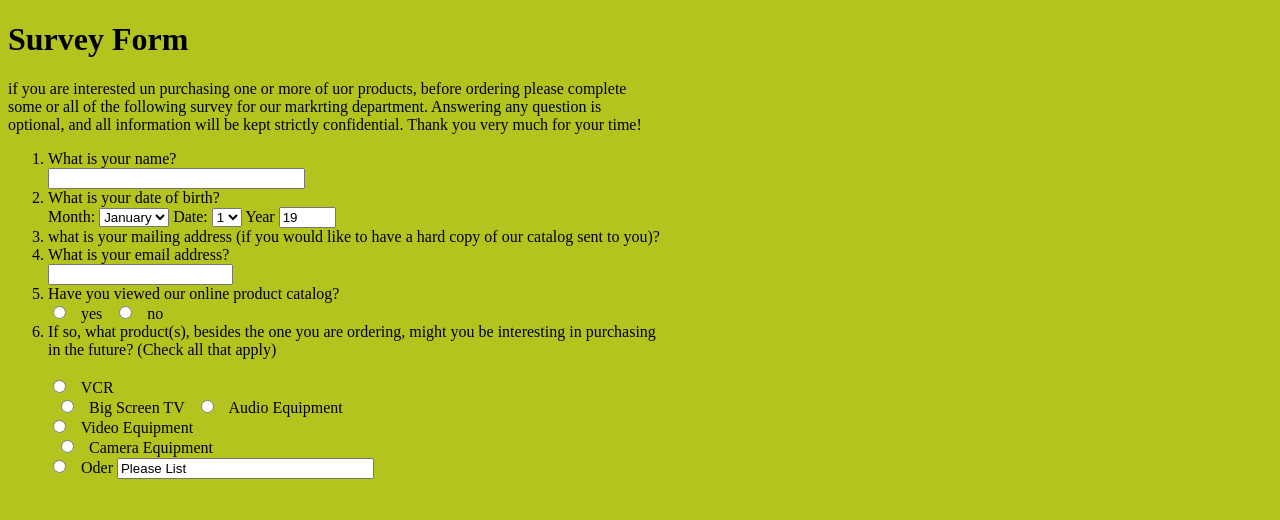
Repository: PhamChiXuan1/HTCNW_tuan3_DHCNTT16C_PhamChiXuan_20030131
Page: bt17.html
These files come from the project's save history. The page is drawn as it stood at one moment and after the next save; the edit follows.
The browser window is 1280 px wide. The pictures show the whole page.

Above is the page before, as saved 2022-02-27 22:47:19.

### bt17.html
<!DOCTYPE html>
<html lang="en">
<head>
    <meta charset="UTF-8">
    <meta http-equiv="X-UA-Compatible" content="IE=edge">
    <meta name="viewport" content="width=device-width, initial-scale=1.0">
    <title>Document</title>
</head>
<body style="background-color: rgb(179, 196, 31);">
    <H1>Survey Form</H1>
    <P>if you are interested un purchasing one or more of uor products, before ordering please complete <br>some or all of the following survey for our markrting department. Answering any question is <br>optional, and all information will be kept strictly confidential. Thank you very much for your time!</P>
    <ol type="1">

        <li>What is your name?</li>
            <input type="text" id="" name="19" size="29" >

        <li>What is your date of birth?</li>
        <form>
            <label for="cars">Month:</label>
            <select id="cars" name="cars">
                <option value="January">January</option>
            </select>
            <label for="cars">Date:</label>
            <select id="cars" name="cars">
                <option value="1">1</option>
            </select>
            <label for="cars">Year</label>
            <input type="text" id="" name="" size="4" value="19">

            <li>what is your mailing address (if you would like to have a hard copy of our catalog sent to you)?</li>

            <li>What is your email address?</li>
            <form>
                <input type="text" id="fname" name="fname" value=""><br>
            </form>

            <li>Have you viewed our online product catalog?</li>
            <input type="radio" id="" name="" value="">
                <label for="yes">yes</label>
            <input type="radio" id="" name="" value="">
                <label for="no">no</label><br>

            <li>If so, what product(s), besides the one you are ordering, might you be interesting in purchasing <br>in the future? (Check all that apply)</li>
            <br><input type="radio" id="" name="" value="">
                <label for="VCR">VCR</label><br>
            <input type="radio" id="" name="" value="">
                <label for="Big Screen TV">Big Screen TV</label>
            <input type="radio" id="" name="" value="">
                <label for="Audio Equipment">Audio Equipment</label><br>
            <input type="radio" id="" name="" value="">
                <label for="Video Equipment">Video Equipment</label><br>
            <input type="radio" id="" name="" value="">
                <label for="Camera Equipment">Camera Equipment</label><br>
            <input type="radio" id="" name="" value="">
                <label for="Oder">Oder</label> <input type="text" id="" name="" size="29" value="Please List">
        </form>
    </ol>


</body>
</html>

After the next save:
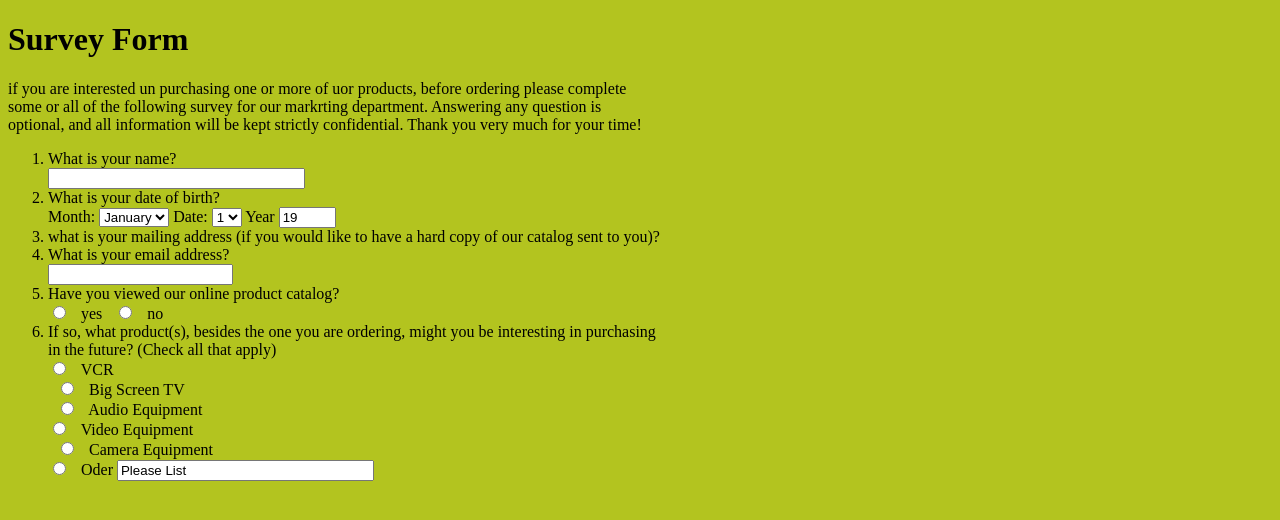
Saved 11 s later.
--- a/bt17.html
+++ b/bt17.html
@@ -41,10 +41,10 @@
                 <label for="no">no</label><br>
 
             <li>If so, what product(s), besides the one you are ordering, might you be interesting in purchasing <br>in the future? (Check all that apply)</li>
-            <br><input type="radio" id="" name="" value="">
+            <input type="radio" id="" name="" value="">
                 <label for="VCR">VCR</label><br>
             <input type="radio" id="" name="" value="">
-                <label for="Big Screen TV">Big Screen TV</label>
+                <label for="Big Screen TV">Big Screen TV</label><br>
             <input type="radio" id="" name="" value="">
                 <label for="Audio Equipment">Audio Equipment</label><br>
             <input type="radio" id="" name="" value="">
